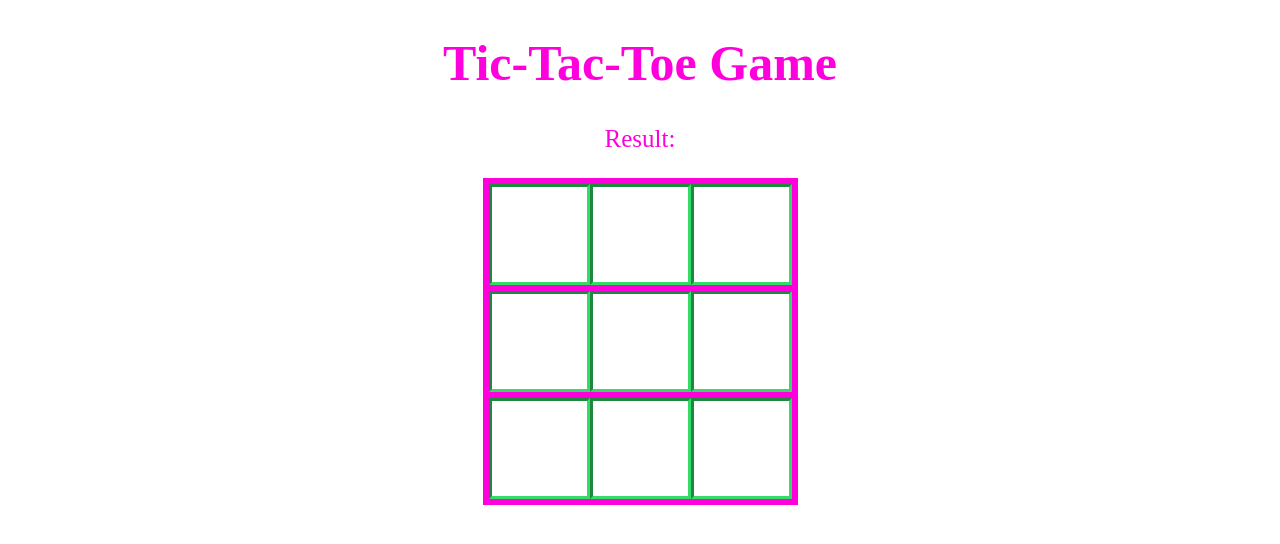
Repository: 0101chaitanya/Tic-Tac-Toe
Page: index.html
These files come from the project's save history. The page is drawn as it stood at one moment and after a run of saves; the edit follows.
The browser window is 1280 px wide. The pictures show the whole page.

Above is the page before, as saved 2021-06-09 18:08:40.

After the next 3 saves:
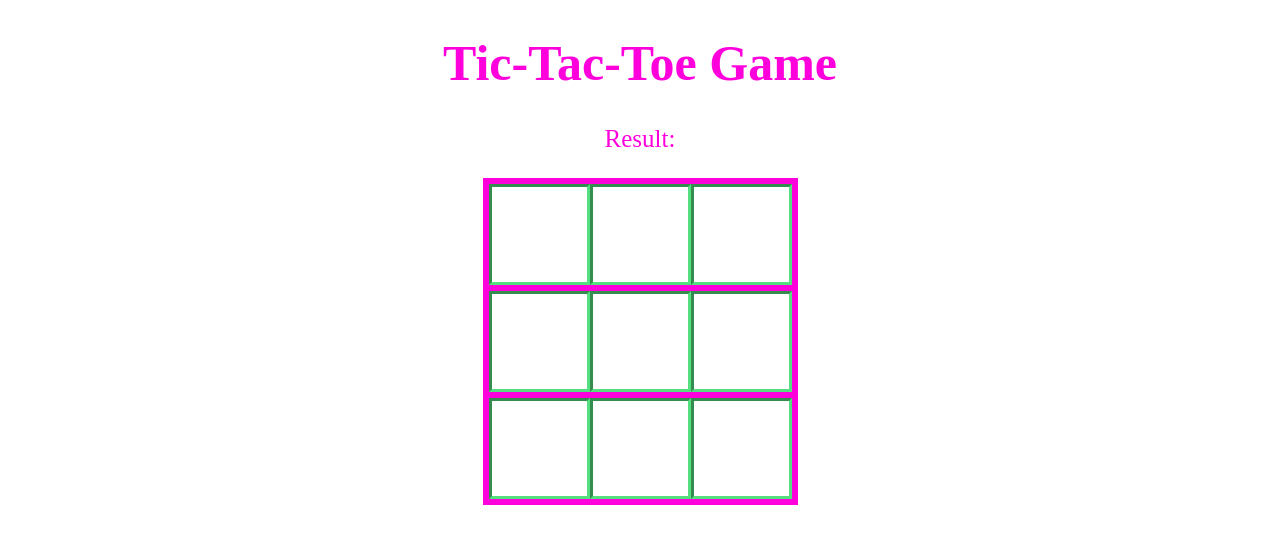
The 3 saves are shown as one change because they came seconds apart.
The last was saved 10 s later.
--- a/styles.css
+++ b/styles.css
@@ -45,5 +45,5 @@
     width:3.8rem;
     height:3.8rem;
 border-style:inset;
-border-color: rgb(53, 219, 103);;
+border-color: rgb(85, 224, 127);;
 }
